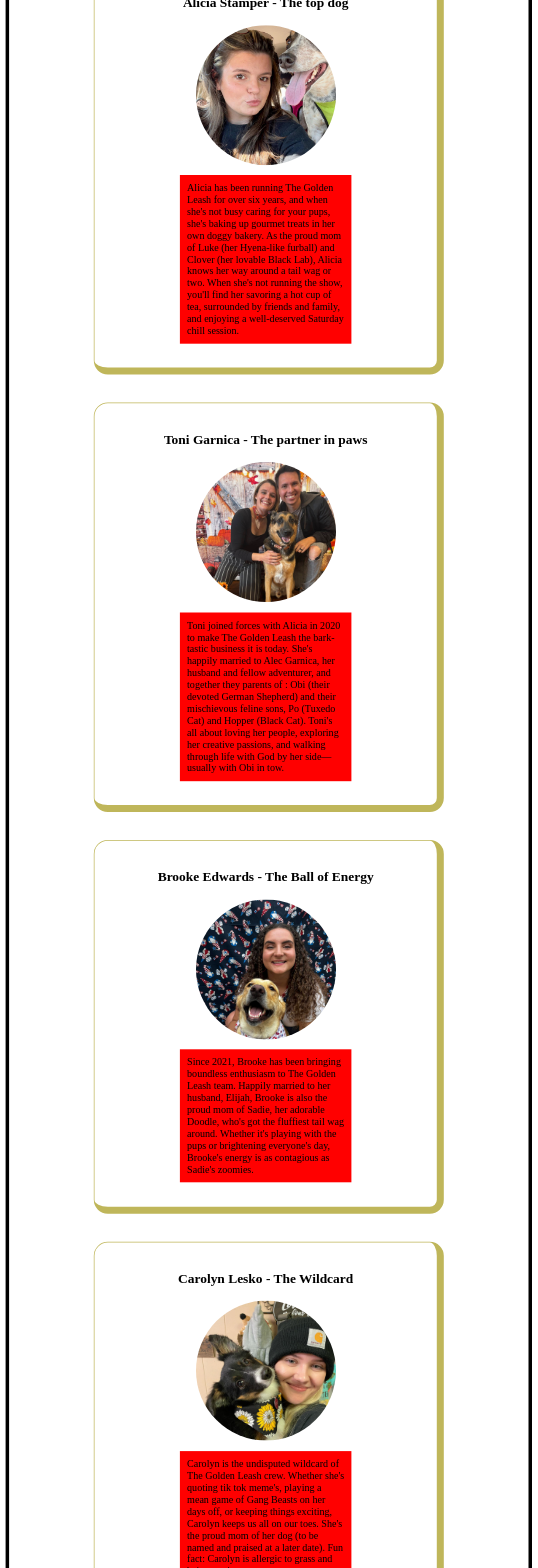
Repository: Aworminator/Thegoldenleash
Page: index.html
An editor plug-in stored every save of this project. The page is shown before and after a run of saves, followed by the edit.
The browser window is 768 px wide. The pictures show the part of the page from y = 2660 to 4900 px (the page is 6201 px tall before and 5963 px after), at 70% of full size.

Above is the page before, as saved 2025-07-23 22:09:52.

After the next 3 saves:
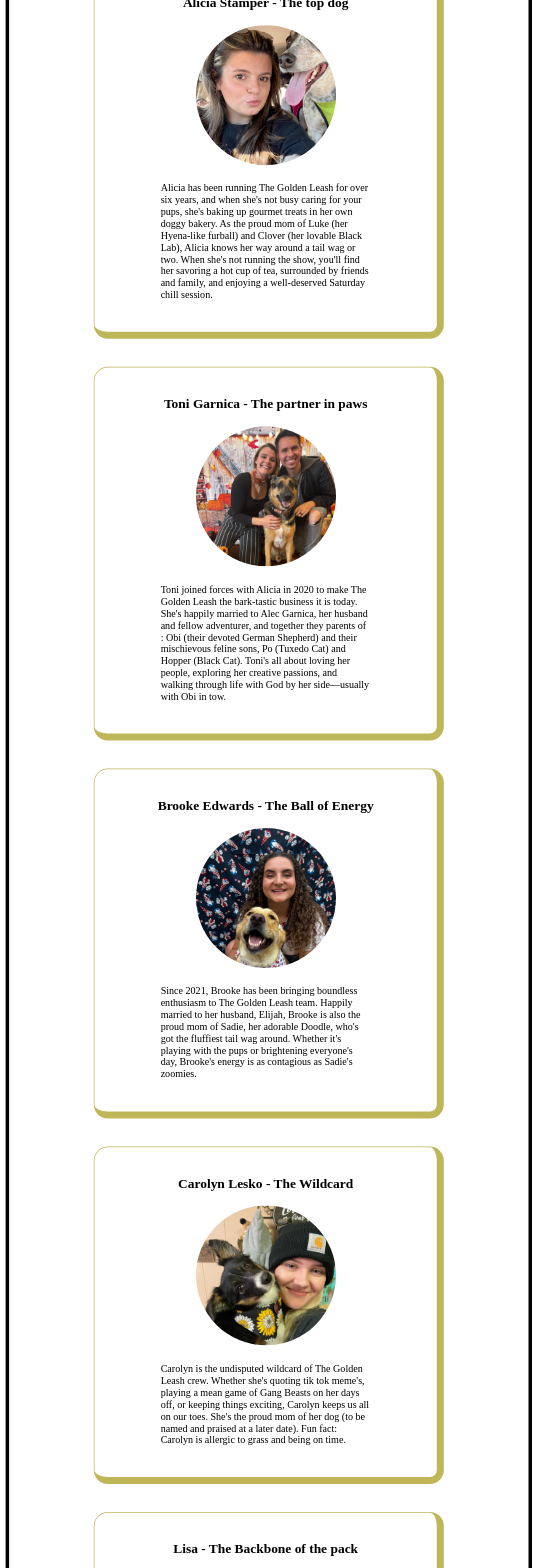
The 3 saves are shown as one change because they came seconds apart.
The last was saved 9 s later.
--- a/style.css
+++ b/style.css
@@ -248,10 +248,10 @@ li {
   }
 
   .staff-info {
+    width: 300px;
     font-size: 0.9em;
     overflow: visible;
     padding: 10px;
-    background-color: red;
   }
 
   .service-info {
